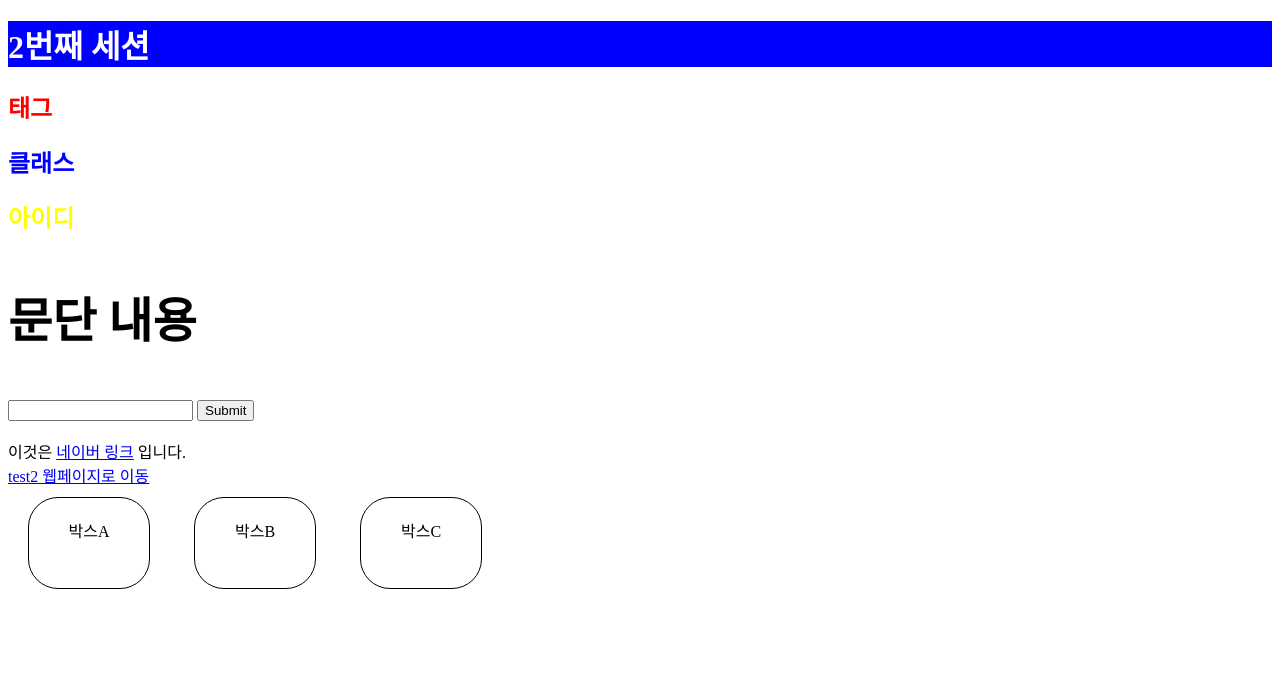
Repository: roseline0912/LikeLion
Page: Day1/test1.html
The author's editor kept a record of every edit. The page is drawn from the files as they stood at one moment, then again after the next edit.
The browser window is 1280 px wide. The pictures show the whole page.

Above is the page before.

After the next edit:
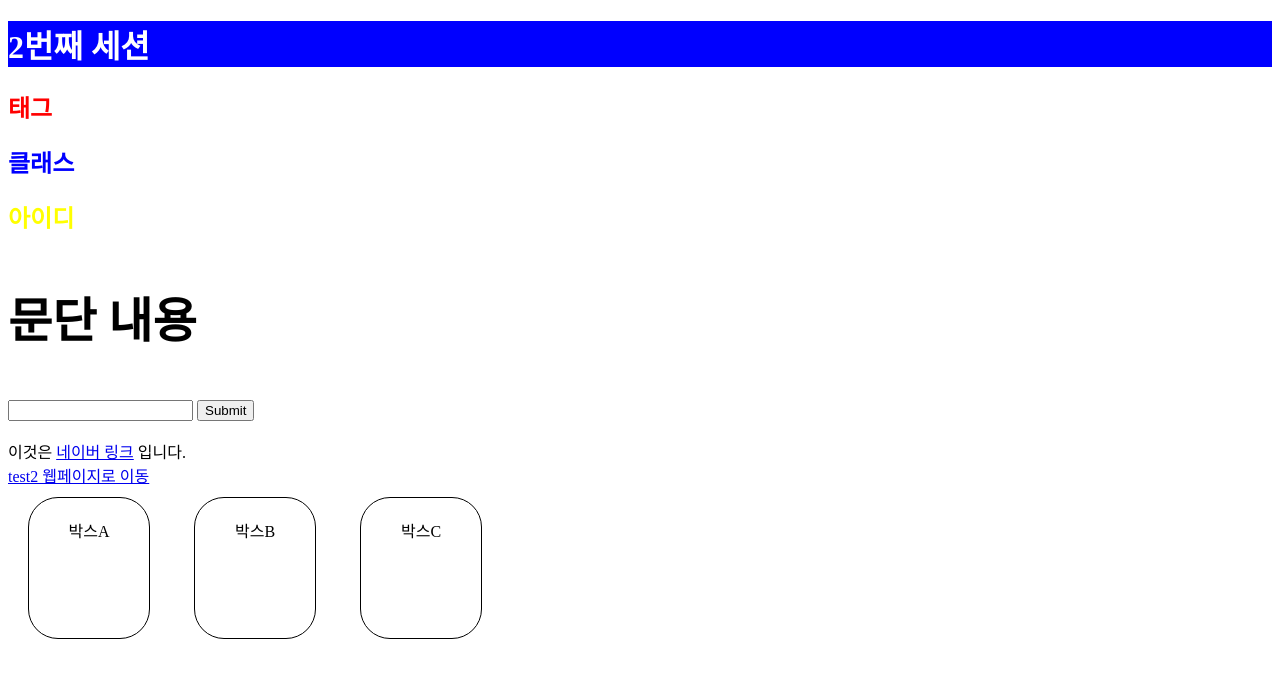
The edit:
--- a/Day1/test.css
+++ b/Day1/test.css
@@ -25,7 +25,7 @@
     border-radius: 30px;
     display:inline-block;
     width:100px;
-    height:50px;
+    height:100px;
 
     text-align: center;
     vertical-align:middle;
